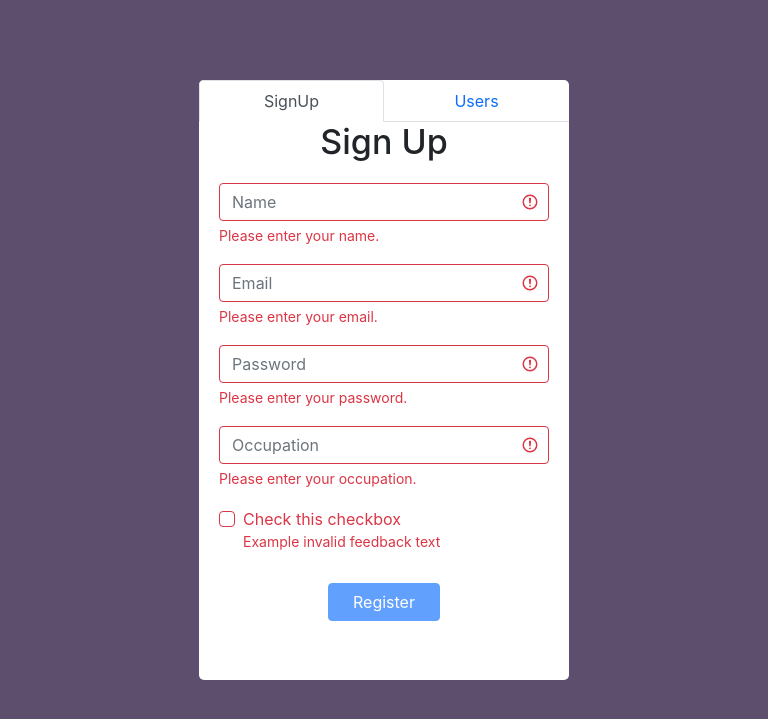
Repository: asadalibest1/SignUp-from
Page: /
The author's editor kept a copy of each file at every save. The page is drawn from the files as they stood at one save, then again after the next save.
The browser window is 768 px wide. The pictures show the whole page.
The project was rebuilt for these pictures with package versions that can differ from the ones it lists, and the page was loaded fresh each time.

Above is the page before, as saved 2021-02-07 23:17:59.

### public/index.html
<!DOCTYPE html>
<html lang="en">
  <head>
    <meta charset="utf-8" />
    <link rel="icon" href="%PUBLIC_URL%/favicon.png" />
    <meta name="viewport" content="width=device-width, initial-scale=1" />
    <meta name="theme-color" content="#000000" />
    <meta
      name="description"
      content="Web site created using create-react-app"
    />
    <link rel="apple-touch-icon" href="%PUBLIC_URL%/logo192.png" />
    <!--
      manifest.json provides metadata used when your web app is installed on a
      user's mobile device or desktop. See https://developers.google.com/web/fundamentals/web-app-manifest/
    -->
    <link rel="manifest" href="%PUBLIC_URL%/manifest.json" />
    <!--
      Notice the use of %PUBLIC_URL% in the tags above.
      It will be replaced with the URL of the `public` folder during the build.
      Only files inside the `public` folder can be referenced from the HTML.

      Unlike "/favicon.ico" or "favicon.ico", "%PUBLIC_URL%/favicon.ico" will
      work correctly both with client-side routing and a non-root public URL.
      Learn how to configure a non-root public URL by running `npm run build`.
    -->
    <!-- Bootstrap -->
    <link href="https://cdn.jsdelivr.net/npm/bootstrap@5.0.0-beta1/dist/css/bootstrap.min.css" rel="stylesheet" integrity="sha384-giJF6kkoqNQ00vy+HMDP7azOuL0xtbfIcaT9wjKHr8RbDVddVHyTfAAsrekwKmP1" crossorigin="anonymous">
    <title>Sign Up</title>
  </head>
  <body>
    <noscript>You need to enable JavaScript to run this app.</noscript>
    <div id="root"></div>
    <!--
      This HTML file is a template.
      If you open it directly in the browser, you will see an empty page.

      You can add webfonts, meta tags, or analytics to this file.
      The build step will place the bundled scripts into the <body> tag.

      To begin the development, run `npm start` or `yarn start`.
      To create a production bundle, use `npm run build` or `yarn build`.
    -->
    <script src="https://cdn.jsdelivr.net/npm/bootstrap@5.0.0-beta1/dist/js/bootstrap.bundle.min.js" integrity="sha384-ygbV9kiqUc6oa4msXn9868pTtWMgiQaeYH7/t7LECLbyPA2x65Kgf80OJFdroafW" crossorigin="anonymous"></script>
  </body>
</html>

### src/index.css
body {
  margin: 0;
  font-family: -apple-system, BlinkMacSystemFont, 'Segoe UI', 'Roboto', 'Oxygen',
    'Ubuntu', 'Cantarell', 'Fira Sans', 'Droid Sans', 'Helvetica Neue',
    sans-serif;
  -webkit-font-smoothing: antialiased;
  -moz-osx-font-smoothing: grayscale;
  background-color: #5D4E6D;
}

code {
  font-family: source-code-pro, Menlo, Monaco, Consolas, 'Courier New',
    monospace;
}

### src/App.js
import React from 'react'
import App1 from "./components/App1/App1"

export default function App() {
  return (
    <div>
      <App1 />
    </div>
  )
}

### src/components/App1/App1.js
import React from 'react'
import Tabs from '../Tabs/Tabs'

export default function App1() {
    return (
        <div>
            <Tabs />
        </div>
    )
}

### src/features/counter/counterSlice.js
import { createSlice } from '@reduxjs/toolkit';

export const counterSlice = createSlice({
  name: 'counter',
  initialState: {
    value: 0,
  },
  reducers: {
    increment: state => {
      // Redux Toolkit allows us to write "mutating" logic in reducers. It
      // doesn't actually mutate the state because it uses the Immer library,
      // which detects changes to a "draft state" and produces a brand new
      // immutable state based off those changes
      state.value += 1;
    },
    decrement: state => {
      state.value -= 1;
    },
    incrementByAmount: (state, action) => {
      state.value += action.payload;
    },
  },
});

export const { increment, decrement, incrementByAmount } = counterSlice.actions;

// The function below is called a thunk and allows us to perform async logic. It
// can be dispatched like a regular action: `dispatch(incrementAsync(10))`. This
// will call the thunk with the `dispatch` function as the first argument. Async
// code can then be executed and other actions can be dispatched
export const incrementAsync = amount => dispatch => {
  setTimeout(() => {
    dispatch(incrementByAmount(amount));
  }, 1000);
};

// The function below is called a selector and allows us to select a value from
// the state. Selectors can also be defined inline where they're used instead of
// in the slice file. For example: `useSelector((state) => state.counter.value)`
export const selectCount = state => state.counter.value;

export default counterSlice.reducer;

### src/components/Tabs/Tabs.js
import React from 'react'
import SignUp from "../SignUp/SignUp"
import Users from "../Users/Users"
import "./Tabs.css"

export default function Tabs() {
    return (
        <div className="tabs-main">
            <div className="tabs">

                <ul className="nav nav-tabs" id="myTab" role="tablist">
                    <li className="nav-item text-center w-50" role="presentation">
                        <a className="nav-link active" id="signUp-tab" data-bs-toggle="tab" href="#signUp" role="tab" aria-controls="signUp" aria-selected="true">SignUp</a>
                    </li>
                    <li className="nav-item text-center w-50" role="presentation">
                        <a className="nav-link" id="users-tab" data-bs-toggle="tab" href="#users" role="tab" aria-controls="users" aria-selected="false">Users</a>
                    </li>
                </ul>
                <div className="tab-content" id="myTabContent">
                    <div className="tab-pane fade show active" id="signUp" role="tabpanel" aria-labelledby="signUp-tab">
                        <SignUp />
                    </div>
                    <div className="tab-pane fade" id="users" role="tabpanel" aria-labelledby="users-tab">

                        <Users />
                    </div>
                </div>


            </div>
        </div>
    )
}

### src/components/SignUp/SignUp.js
import React from 'react'
import "./SignUp.css"

export default function SignUp() {
    return (
        <div className="SignUp">
          <h2 className="text-center">Sign Up</h2>

<form className="was-validated">

  <div className="mb-3">
    <input type="name" className="form-control" id="validationTextarea" placeholder="Name" required />
    <div className="invalid-feedback">
      Please enter your name.
    </div>
  </div>

  <div className="mb-3">
    <input type="email" className="form-control" id="validationTextarea" placeholder="Email" required />
    <div className="invalid-feedback">
      Please enter your email.
    </div>
  </div>

  <div className="mb-3">
    <input type="password" className="form-control" id="validationTextarea" placeholder="Password" required />
    <div className="invalid-feedback">
      Please enter your password.
    </div>
  </div>

  <div className="mb-3">
    <input type="occupation" className="form-control" id="validationTextarea" placeholder="Occupation" required />
    <div className="invalid-feedback">
      Please enter your occupation.
    </div>
  </div>


  <div className="radioButton form-check mb-3">
    <input type="checkbox" className="form-check-input" id="validationFormCheck1" required />
    <label className="form-check-label" for="validationFormCheck1">Check this checkbox</label>
    <div className="invalid-feedback">Example invalid feedback text</div>
  </div>


  <div className="mb-3 text-center">
    <button className="btn btn-primary px-4" type="submit" disabled >Register</button>
  </div>
</form>
        </div>
    )
}

### src/components/Users/Users.js
import React from 'react'
import "./Users.css"

export default function Users() {
    return (
        <div className="users">

<div  className="tabpanel" role="tabpanel">
    <div className="panel-coloumn mt-3">
  <div className="list-group" id="myList" role="tablist">

    <a className="list-group-item list-group-item-action active" data-bs-toggle="list" href="#home" role="tab">Home</a>

  </div>
  </div>

  <div className="tab-content">

    <div className="tab-pane active" id="home" role="tabpanel">

    <ul className="list-group list-group-flush">
              <li className="list-group-item">Name: </li>
              <li className="list-group-item">Email: </li>
              <li className="list-group-item">Password: </li>
              <li className="list-group-item">Occupation: </li>
            </ul>


    </div>

  </div>
</div>
        </div>
    )
}

### src/components/Tabs/Tabs.css
.tabs{
    width: 370px;
    height: 75vh;
    background-color: white;
    margin: auto auto;
    margin-top: 10vh;
    border-radius: 5px;
    overflow: hidden;
}

### src/components/SignUp/SignUp.css
.SignUp form{
    margin: 20px;
}
.SignUp form > div{
    /* border: 1px solid black; */
    height: 60px;
}

.SignUp form .radioButton{
    /* border: 1px solid black; */
    height: 45px;
}
.radioButton div{
    /* border: 1px solid black; */
    margin: 0;
}

@media (max-width: 800px) {
    .SignUp form{
        /* margin-top: 8vh; */
    }
    .SignUp h2 {
        font-size: 34px;
    }
    .SignUp form > div{
        height: 65px;
    }
    .SignUp form button{
        margin-top: 15px;
    }

}

### src/components/Users/Users.css
.users .tabpanel{
    display: flex;
    flex-direction: row;
    overflow: auto;
}
.users .tabpanel a{
    border-radius: 0;
}

.users .tab-content{
    height: fit-content;
    margin-top: 20px;
    margin-left: 20px;
}

.panel-coloumn{
    border-right: 1px solid rgb(240, 223, 223);
    height: 500px;
    width: 120px;
}

Loaded but not shown: src/index.js (common file); src/app/store.js (common file); src/serviceWorker.js (common file)

After the next save:
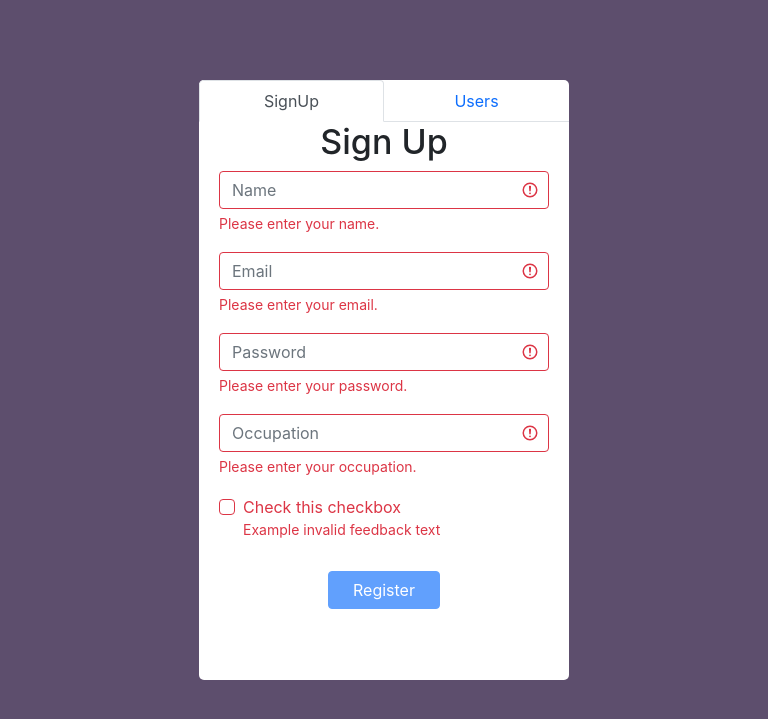
Saved 8 s later.
--- a/src/components/SignUp/SignUp.css
+++ b/src/components/SignUp/SignUp.css
@@ -17,7 +17,7 @@
 
 @media (max-width: 800px) {
     .SignUp form{
-        /* margin-top: 8vh; */
+        margin-top: 1vh;
     }
     .SignUp h2 {
         font-size: 34px;
